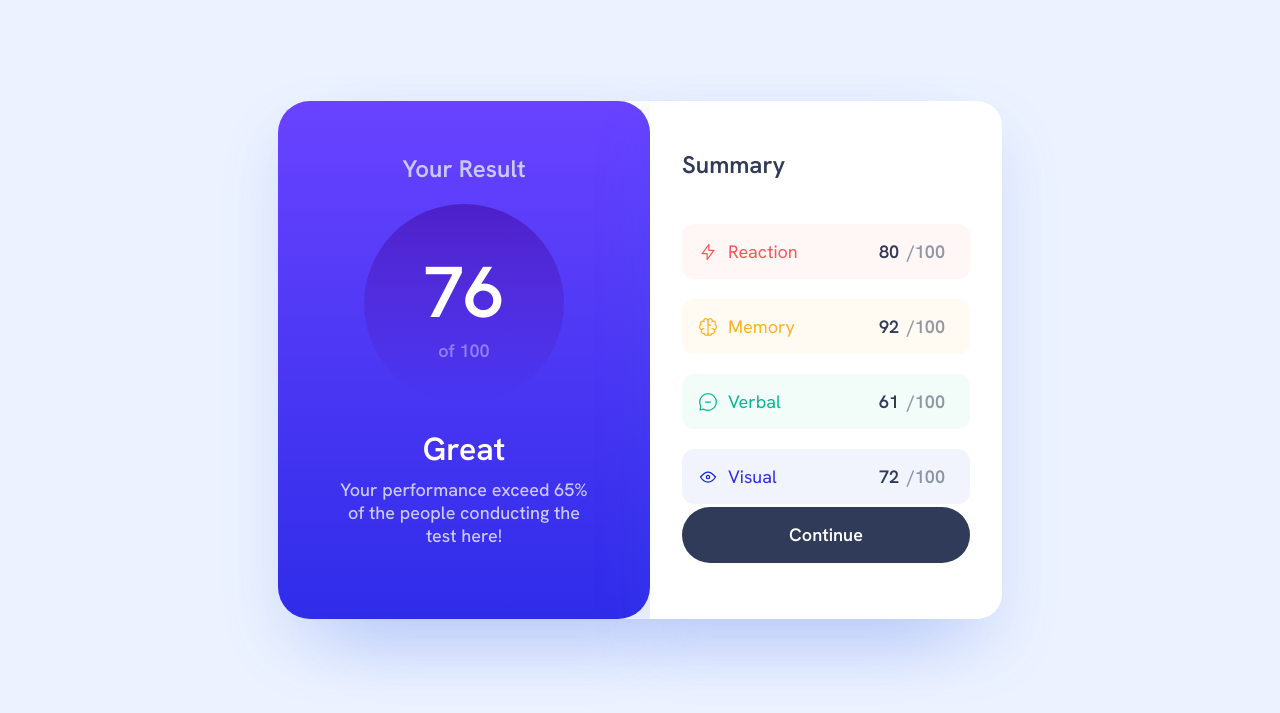
Repository: KamoliddinGIT/result-summary
Page: index.html
The author's editor kept a copy of each file at every save. The page is drawn from the files as they stood at one save, then again after a run of saves.
The browser window is 1280 px wide. The pictures show the whole page.

Above is the page before, as saved 2023-09-08 17:13:15.

### index.html
<!DOCTYPE html>
<html lang="en">
  <head>
    <meta charset="UTF-8" />
    <meta name="viewport" content="width=device-width, initial-scale=1.0" />
    <link
      rel="icon"
      type="image/png"
      sizes="32x32"
      href="./assets/images/favicon-32x32.png"
    />
    <link rel="stylesheet" href="css/style.css" />
    <link rel="preconnect" href="https://fonts.googleapis.com" />
    <link rel="preconnect" href="https://fonts.gstatic.com" crossorigin />
    <link
      href="https://fonts.googleapis.com/css2?family=Hanken+Grotesk:wght@400;500;600&display=swap"
      rel="stylesheet"
    />
    <title>Results summary component</title>
  </head>
  <body>
    <div class="container">
      <div class="result-box">
        <h1 class="result__heading">Your Result</h1>
        <div class="result__score">
          <h1>76</h1>
          <span>of 100</span>
        </div>
        <div class="result__comment">
          <h1>Great</h1>
          <p>
            Your performance exceed 65% of the people conducting the test here!
          </p>
        </div>
      </div>
      <div class="summary-box">
        <h1 class="summary__title">Summary</h1>
        <div class="summary__stats">
          <li class="summary__stats__item__1">
            <img src="./assets/images/icon-reaction.svg" alt="logo" />
            <h2>Reaction</h2>
            <h3>80<span>/100</span></h3>
          </li>
          <li class="summary__stats__item__2">
            <img src="./assets/images/icon-memory.svg" alt="logo" />
            <h2>Memory</h2>
            <h3>92<span>/100</span></h3>
          </li>
          <li class="summary__stats__item__3">
            <img src="./assets/images/icon-verbal.svg" alt="logo" />
            <h2>Verbal</h2>
            <h3>61<span>/100</span></h3>
          </li>
          <li class="summary__stats__item__4">
            <img src="/assets/images/icon-visual.svg" alt="logo" />
            <h2>Visual</h2>
            <h3>72<span>/100</span></h3>
          </li>
        </div>
        <a href="#" class="summary__btn"> Continue </a>
      </div>
    </div>

    <script src="js/index.js"></script>
  </body>
</html>

### css/style.css
* {
  margin: 0;
  padding: 0;
  box-sizing: border-box;
}

body {
  display: flex;
  flex-direction: column;
  justify-content: center;
  align-items: center;
  height: 100vh;
  flex-direction: column;
  padding: 0;
  margin: 0;
  font-family: "Hanken Grotesk", "Arial", sans-serif;
  font-size: 18px;
  font-weight: 500;
  line-height: normal;
  background-color: #ecf2ff;
  color: #303b59;
}

.container {
  width: 47%;
  max-width: 1200px;
  display: flex;
  justify-content: center;
  align-items: center;
  height: 72%;
  background-color: #ffffff;
  box-shadow: 0px 30px 60px 0px rgba(61, 108, 236, 0.15);
  border-radius: 32px;
}

.result-box {
  width: 50%;
  max-width: 368px;
  min-height: 100%;
  border-radius: 32px;
  box-shadow: 0px 30px 60px 0px rgba(61, 108, 236, 0.15);
  background-image: linear-gradient(
    180deg,
    #75f 0%,
    #6943ff 0.01%,
    #2f2ce9 100%
  );
  padding: 24px 56px 40px;
  color: #cac9ff;
  box-shadow: 0px 30px 60px 0px rgba(61, 108, 236, 0.15);
  display: flex;
  flex-direction: column;
  align-items: center;
  justify-content: center;
  font-family: "Hanken Grotesk", "Arial", sans-serif;
  /* gap: 30px; */
}

.summary-box {
  display: flex;
  flex-direction: column;
  align-items: start;
  /* padding-left: 40px; */
  justify-content: space-evenly;
  background: #fff;
  width: 50%;
  height: 100%;
  border-radius: 0 25px 25px 0;
  padding: 24px 32px 32px;
  box-shadow: 0px 30px 60px 0px rgba(61, 108, 236, 0.15);
}

.result__heading {
  margin-bottom: 20px;
  font-size: 24px;
}

.result__score {
  display: flex;
  flex-direction: column;
  justify-content: center;
  align-items: center;
  width: 200px;
  height: 200px;
  border-radius: 50%;
  background-image: linear-gradient(
    180deg,
    #4d21c9 0%,
    rgba(37, 33, 201, 0) 100%,
    rgba(37, 33, 201, 0) 100%
  );
}

.result__score h1 {
  font-size: 72px;
  color: #ffffff;
}

.result__score span {
  color: #cac9ff;
  font-weight: 700;
  opacity: 0.5168;
  font-size: 18px;
}

.result__comment {
  margin-top: 20px;
  display: flex;
  justify-content: space-around;
  align-items: center;
  flex-direction: column;
  text-align: center;
  width: 260px;
  height: 127px;
}

.result__comment h1 {
  font-size: 32px;
  color: #ffffff;
}

.result__comment p {
  font-size: 18px;
  color: #cac9ff;
  font-weight: 500;
  line-height: normal;
}

.summary__title {
  /* margin-bottom: 20px; */
  color: #303b59;
  font-size: 24px;
  font-weight: bold;
}

.summary__stats {
  width: 288px;
  height: 278px;
  display: flex;
  flex-direction: column;
  /* justify-content: space-between; */
  align-items: start;
  list-style-type: none;
}

li {
  margin-top: 20px;
}

.summary__stats__item__1 {
  width: 100%;
  display: flex;
  gap: 10px;
  align-items: center;
  height: 56px;
  padding: 16px;
  background: rgba(255, 85, 85, 0.05);
  border-radius: 12px;
}

.summary__stats__item__1 h2 {
  width: 141px;
  font-size: 18px;
  color: #f55;
  font-weight: normal;
}

.summary__stats__item__1 h3 span {
  opacity: 0.5168;
  font-weight: bold;
  color: rgba(48, 59, 89, 0.5);
  font-size: 18px;
  color: #303b59;
  margin-left: 8px;
}

.summary__stats__item__1 h3 {
  color: #303b59;
  font-weight: bold;
  font-size: 18px;
}

.summary__stats__item__2 {
  width: 100%;
  display: flex;
  gap: 10px;
  align-items: center;
  height: 56px;
  padding: 16px;
  background: rgba(255, 178, 30, 0.05);
  border-radius: 12px;
}

.summary__stats__item__2 h2 {
  width: 141px;
  font-size: 18px;
  color: #ffb21e;
  font-weight: normal;
}

.summary__stats__item__2 h3 span {
  opacity: 0.5168;
  font-weight: bold;
  color: rgba(48, 59, 89, 0.5);
  font-size: 18px;
  color: #303b59;
  margin-left: 8px;
}

.summary__stats__item__2 h3 {
  color: #303b59;
  font-weight: bold;
  font-size: 18px;
}

.summary__stats__item__3 {
  width: 100%;
  display: flex;
  gap: 10px;
  align-items: center;
  height: 56px;
  padding: 16px;
  background: rgba(0, 187, 143, 0.05);
  border-radius: 12px;
}

.summary__stats__item__3 h2 {
  font-size: 18px;
  color: #00bb8f;
  font-weight: normal;
  width: 141px;
}

.summary__stats__item__3 h3 span {
  opacity: 0.5168;
  font-weight: bold;
  color: rgba(48, 59, 89, 0.5);
  font-size: 18px;
  color: #303b59;
  margin-left: 8px;
}

.summary__stats__item__3 h3 {
  color: #303b59;
  font-weight: bold;
  font-size: 18px;
}

.summary__stats__item__4 {
  width: 100%;
  display: flex;
  gap: 10px;
  align-items: center;
  height: 56px;
  padding: 16px;
  background: rgba(17, 37, 214, 0.05);
  border-radius: 12px;
}

.summary__stats__item__4 h2 {
  width: 141px;
  font-size: 18px;
  color: #2f2ce9;
  font-weight: normal;
}

.summary__stats__item__4 h3 span {
  opacity: 0.5168;
  font-weight: bold;
  color: rgba(48, 59, 89, 0.5);
  font-size: 18px;
  color: #303b59;
  margin-left: 8px;
}

.summary__stats__item__4 h3 {
  color: #303b59;
  font-weight: bold;
  font-size: 18px;
}

.summary__btn {
  /* margin-top: 50px; */
  width: 288px;
  height: 56px;
  border-radius: 128px;
  background: #303b59;
  display: flex;
  justify-content: center;
  align-items: center;
  text-decoration: none;
  color: white;
  font-weight: bold;
}

.summary__btn:hover {
  background: linear-gradient(180deg, #75f 0%, #6943ff 0.01%, #2f2ce9 100%);
  content: "";
  transition: opacity ease 0.3s;
}

.summary__btn:active {
  outline: 2px solid white;
  border: 2px solid white;
}

/* media */

@media only screen and (max-width: 740px) {
  /* body {
    padding: 50px;
    align-items: center;
  } */

  .container {
    flex-direction: column;
    width: 100%;
    max-width: 368px;
  }

  .result-box {
    padding: 15px;
    width: 100%;
    margin-top: 350px;
    max-width: 100%;
    box-shadow: 0px 30px 60px 0px rgba(61, 108, 236, 0.15);
  }

  .summary-box {
    /* margin-top: 350px; */
    border-radius: 0;
    background: #fff;
    width: 100%;
    max-width: 100%;
    height: 507px;
  }
}

@media (min-width: 740px) {
  .container {
    max-width: 1400px;
  }
  .result-box {
    width: 100%;
    max-width: 100%;
  }
  .summary-box {
    width: 100%;
    max-width: 100%;
  }
}

### js/index.js
"use strict";

const data = [
  {
    category: "Reaction",
    score: 80,
    icon: "img/icon-reaction.svg",
  },
  {
    category: "Memory",
    score: 92,
    icon: "img/icon-memory.svg",
  },
  {
    category: "Verbal",
    score: 61,
    icon: "img/icon-verbal.svg",
  },
  {
    category: "Visual",
    score: 72,
    icon: "img/icon-visual.svg",
  },
];

After the next 2 saves:
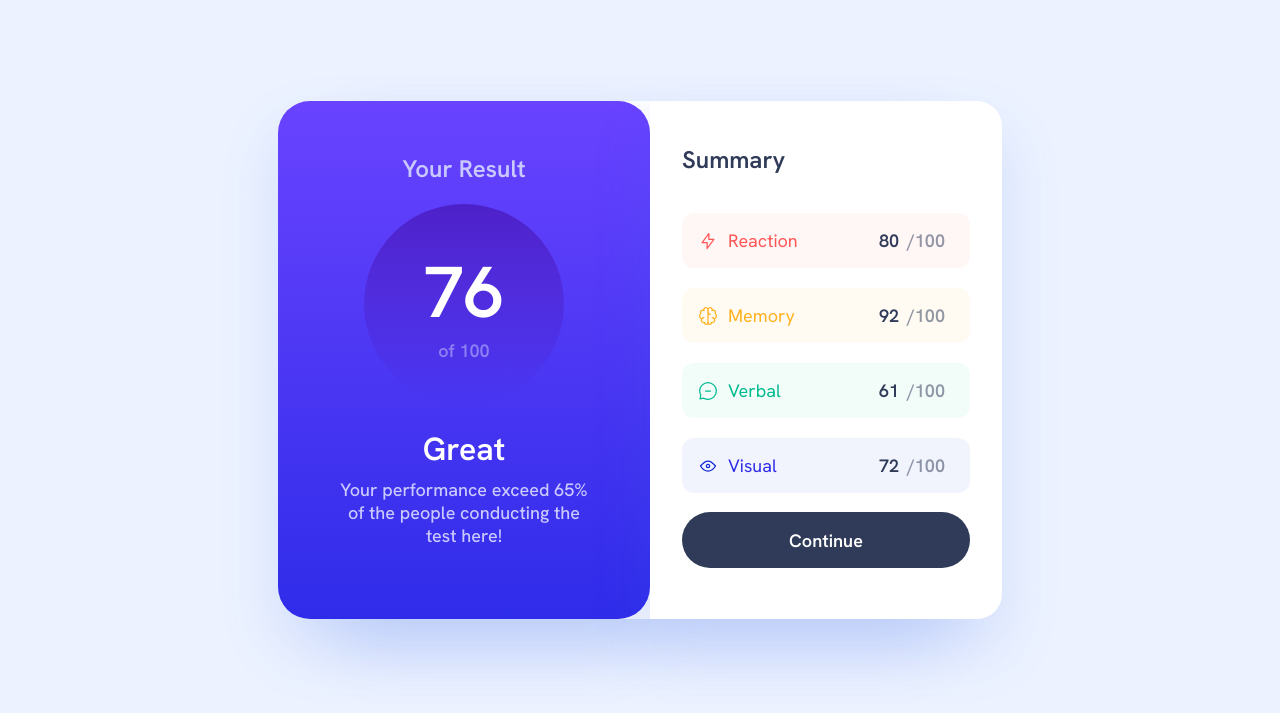
The 2 saves are shown as one change because they came seconds apart.
The last was saved 32 s later.
--- a/css/style.css
+++ b/css/style.css
@@ -138,6 +138,7 @@ body {
   height: 278px;
   display: flex;
   flex-direction: column;
+  padding-bottom: 300px;
   /* justify-content: space-between; */
   align-items: start;
   list-style-type: none;
